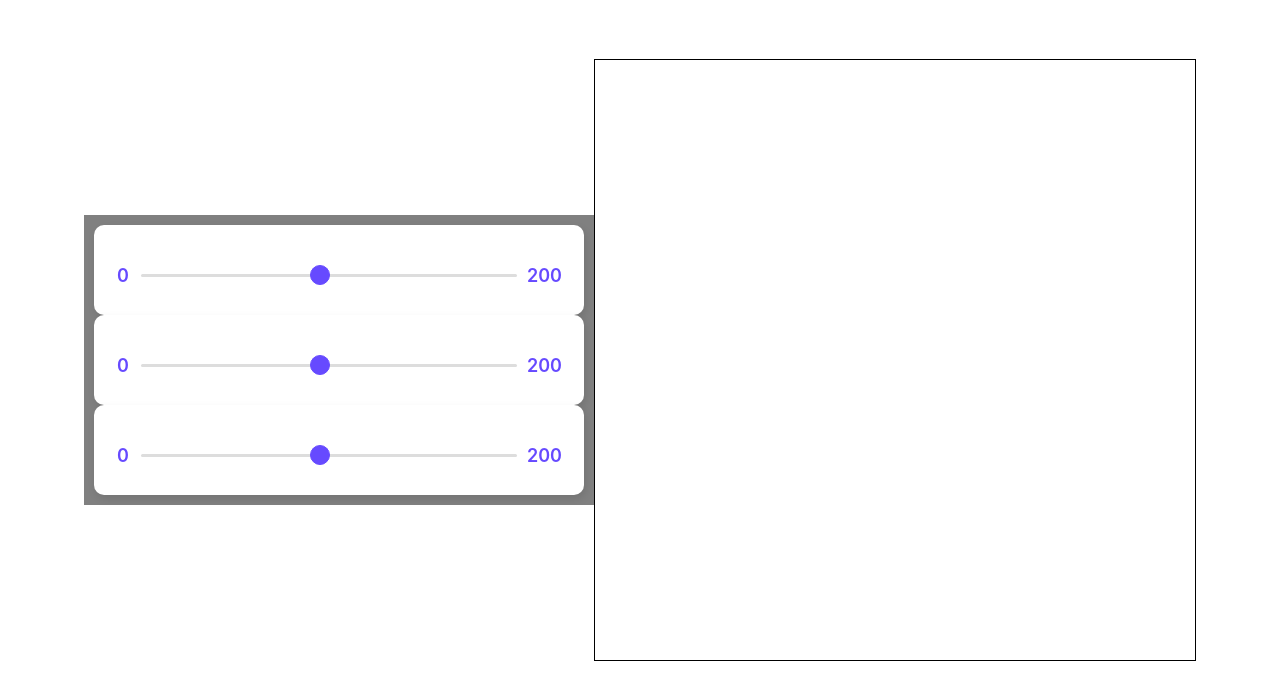
Repository: Minkeani/Money-Manager
Page: /
These files come from the project's save history. The page is drawn as it stood at one moment and after the next save; the edit follows.
The browser window is 1280 px wide. The pictures show the whole page.
The project was rebuilt for these pictures with package versions that can differ from the ones it lists, and the page was loaded fresh each time.

Above is the page before, as saved 2022-07-11 20:13:26.

### src/index.css
body {
  margin: 0;
  font-family: -apple-system, BlinkMacSystemFont, 'Segoe UI', 'Roboto', 'Oxygen',
    'Ubuntu', 'Cantarell', 'Fira Sans', 'Droid Sans', 'Helvetica Neue',
    sans-serif;
  -webkit-font-smoothing: antialiased;
  -moz-osx-font-smoothing: grayscale;
  display: flex;
  align-items: center;
  justify-content: center;
  height: 100vh
}

code {
  font-family: source-code-pro, Menlo, Monaco, Consolas, 'Courier New',
    monospace;
}

### src/App.js
import './App.css';
import ContainerRed from './components/container/ContainerRed';

function App() {
  return (
    <div className="App">
      <ContainerRed/>
    </div>
  );
}

export default App;

### src/App.css
.App {
  text-align: center;
  display: flex;
  justify-content: center;
  align-items: center;
  margin: 0 auto;
}

.App-logo {
  height: 40vmin;
  pointer-events: none;
}

@media (prefers-reduced-motion: no-preference) {
  .App-logo {
    animation: App-logo-spin infinite 20s linear;
  }
}

.App-header {
  background-color: #282c34;
  min-height: 100vh;
  display: flex;
  flex-direction: column;
  align-items: center;
  justify-content: center;
  font-size: calc(10px + 2vmin);
  color: white;
}

.App-link {
  color: #61dafb;
}

@keyframes App-logo-spin {
  from {
    transform: rotate(0deg);
  }
  to {
    transform: rotate(360deg);
  }
}

### src/components/container/ContainerRed.jsx
import React from 'react';
import styles from './Container.module.css'
import Customization from '../Customization/Customization';

const ContainerRed = () => {
    return (
        <>
        <Customization/>
        <div className={styles.container}>
        </div>
        </>

    );
}

export default ContainerRed;

### src/components/container/Container.module.css
.container {
    border: 1px solid black;
    width: 600px;
    height: 600px;
}

### src/components/Customization/Customization.jsx
import React from 'react'
import styles from './Customization.module.css'
// import classNames from 'classnames'
import Range from '../Ui/Range'

export default function Customization() {
  return (
    <div className={styles.list}>
        <Range/>
        <Range/>
        <Range/>
    </div>
  )
}

### src/components/Customization/Customization.module.css
.list {
    padding: 10px;
    display: flex;
    flex-direction: column;
    background: gray;
}

### src/components/Ui/Range.jsx
import React from 'react'
import classNames from 'classnames'
import styles from './Range.module.css'

export default function Range() {
  return (
    <div className={styles.range}>
    <div className={styles.sliderValue}>
      <span>100</span>
    </div>
<div className={styles.field}>
      <div className={classNames(styles.value,  styles.left)}>
0</div>
<input type="range" min="10" max="200" value="100" steps="1"/>
      <div className={classNames(styles.value,  styles.right)}>
200</div>
</div>
</div>
  )
}

### src/components/Ui/Range.module.css
  .range{
    height: 80px;

    width: 380px;
    background: #fff;
    border-radius: 10px;
    padding: 10px 65px 0 45px;
    box-shadow: 2px 4px 8px rgba(0,0,0,0.1);
  }
  .sliderValue{
    position: relative;
    width: 100%;
  }
  .sliderValue span{
    position: absolute;
    height: 45px;
    width: 45px;
    transform: translateX(-70%) scale(0);
    font-weight: 500;
    top: -40px;
    line-height: 55px;
    z-index: 2;
    color: #fff;
    transform-origin: bottom;
    transition: transform 0.3s ease-in-out;
  }
  .sliderValue span.show{
    transform: translateX(-70%) scale(1);
  }
  .sliderValue span:after{
    position: absolute;
    content: '';
    height: 100%;
    width: 100%;
    background: #664AFF;
    border: 3px solid #fff;
    z-index: -1;
    left: 50%;
    transform: translateX(-50%) rotate(45deg);
    border-bottom-left-radius: 50%;
    box-shadow: 0px 0px 8px rgba(0,0,0,0.1);
    border-top-left-radius: 50%;
    border-top-right-radius: 50%;
  }
  .field{
    display: flex;
    align-items: center;
    justify-content: center;
    height: 100%;
    position: relative;
  }
  .field .value{
    position: absolute;
    font-size: 18px;
    color: #664AFF;
    font-weight: 600;
  }
  .field .value.left{
    left: -22px;
  }
  .field .value.right{
    right: -43px;
  }
  .range input{
    -webkit-appearance: none;
    width: 100%;
    height: 3px;
    background: #ddd;
    border-radius: 5px;
    outline: none;
    border: none;
    z-index: 2222;
  }
  .range input::-webkit-slider-thumb{
    -webkit-appearance: none;
    width: 20px;
    height: 20px;
    background: red;
    border-radius: 50%;
    background: #664AFF;
    border: 1px solid #664AFF;
    cursor: pointer;
  }
  .range input::-moz-range-thumb{
    -webkit-appearance: none;
    width: 20px;
    height: 20px;
    background: red;
    border-radius: 50%;
    background: #664AFF;
    border: 1px solid #664AFF;
    cursor: pointer;
  }

Loaded but not shown: public/index.html (common file); src/index.js (common file)

After the next save:
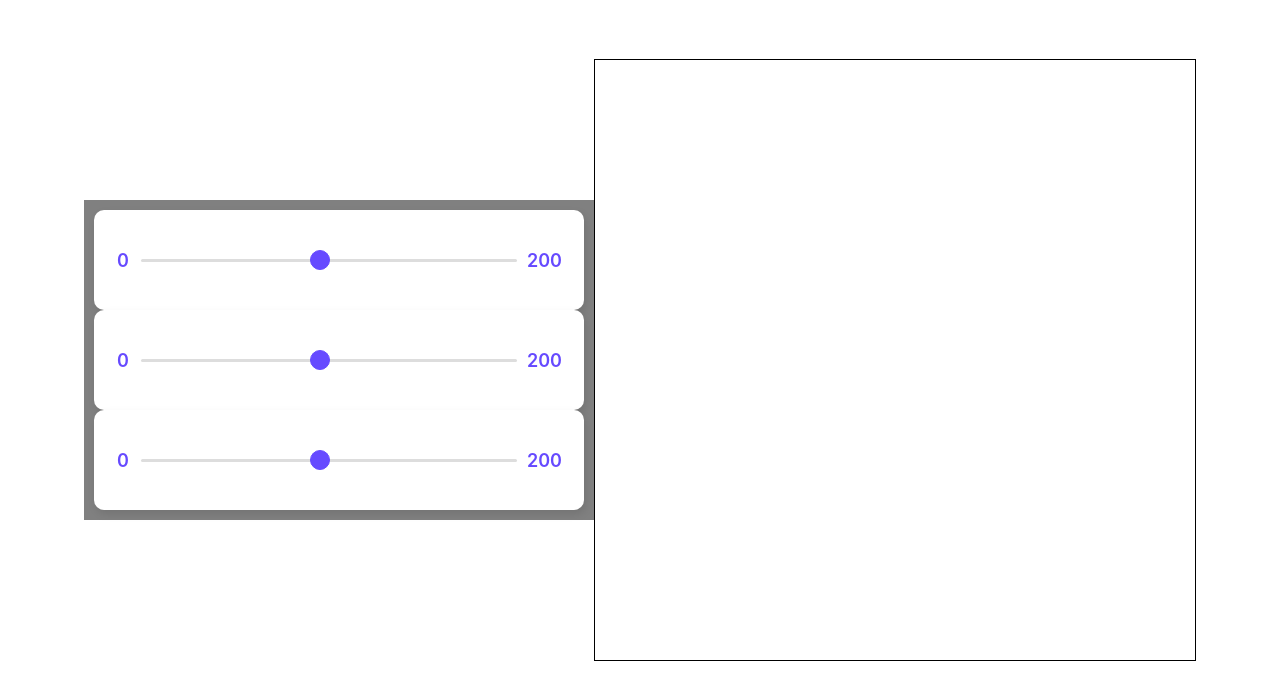
Saved 5 s later.
--- a/src/components/Ui/Range.module.css
+++ b/src/components/Ui/Range.module.css
@@ -4,7 +4,7 @@
     width: 380px;
     background: #fff;
     border-radius: 10px;
-    padding: 10px 65px 0 45px;
+    padding: 10px 65px 10px 45px;
     box-shadow: 2px 4px 8px rgba(0,0,0,0.1);
   }
   .sliderValue{
